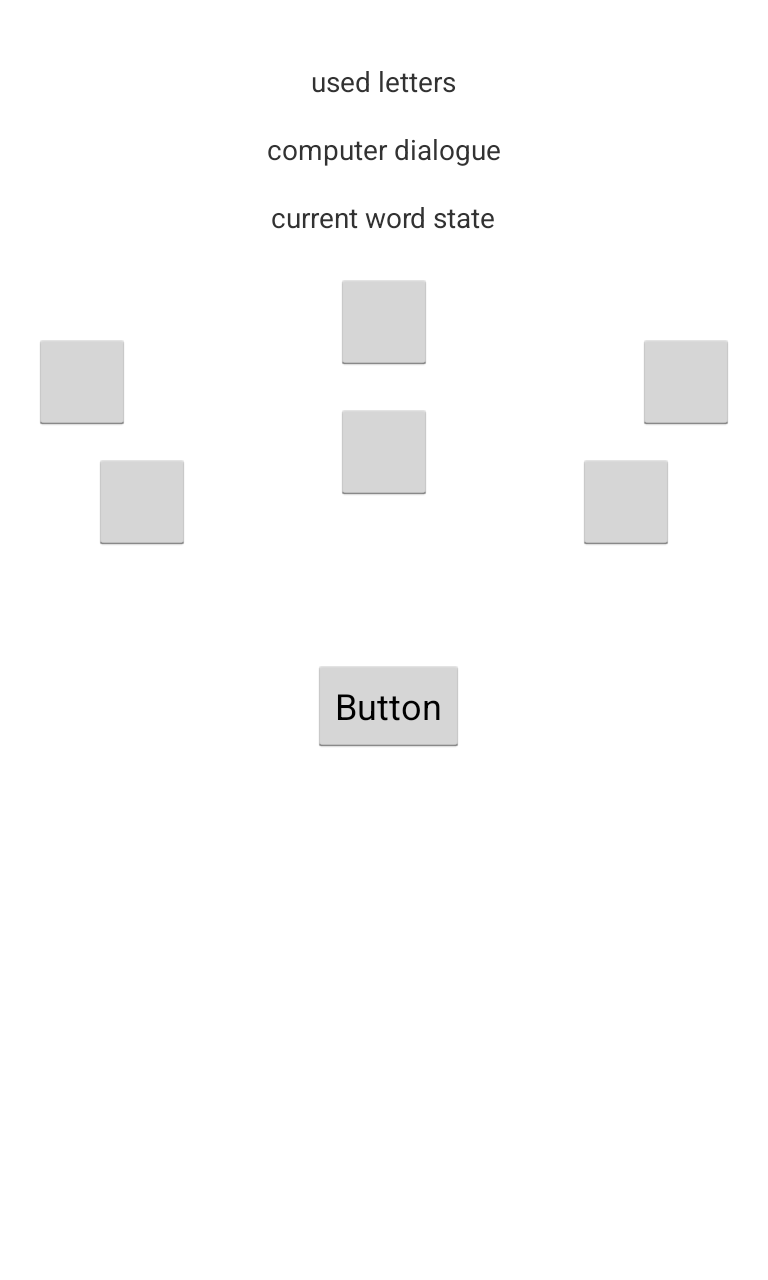
Repository: svandenhout/EvilSpaceMonsterHangman
Layout: evilSpaceMonsterHangman/res/layout/activity_main.xml
The author's editor kept a copy of each file at every save. The layout is drawn from the files as they stood at one save, then again after the next save.
It is drawn on a 768 x 1280 px phone screen (xhdpi) without system bars, with theme AppTheme; the app's code is not run.

Above is the layout before, as saved 2013-12-16 18:32:29.

### evilSpaceMonsterHangman/res/layout/activity_main.xml
<RelativeLayout xmlns:android="http://schemas.android.com/apk/res/android"
              xmlns:tools="http://schemas.android.com/tools"
              android:layout_width="match_parent"
              android:layout_height="match_parent"
              android:paddingLeft="@dimen/activity_horizontal_margin"
              android:paddingRight="@dimen/activity_horizontal_margin"
              android:paddingTop="@dimen/activity_vertical_margin"
              android:paddingBottom="@dimen/activity_vertical_margin"
              tools:context=".MainActivity"
              android:orientation="vertical">

    <TextView
            android:id="@+id/usedLetters"
            android:layout_width="wrap_content"
            android:layout_height="wrap_content"
            android:text="@string/used_letters"
            android:layout_centerHorizontal="true"
            android:layout_marginTop="15dp"/>

    <TextView
            android:id="@+id/computerDialogue"
            android:layout_width="wrap_content"
            android:layout_height="wrap_content"
            android:layout_centerHorizontal="true"
            android:text="@string/computer_dialogue"
            android:layout_below="@+id/usedLetters"
            android:layout_marginTop="15dp"/>

    <TextView
            android:id="@+id/currentWordState"
            android:layout_width="wrap_content"
            android:layout_height="wrap_content"
            android:layout_below="@id/computerDialogue"
            android:text="@string/current_word_state"
            android:layout_centerHorizontal="true"
            android:layout_marginTop="15dp"/>

    <Button
        android:id="@+id/eye_6"
        android:layout_width="50dp"
        android:layout_height="50dp"
        android:layout_alignParentLeft="true"
        android:layout_marginTop="150dp"
        android:onClick="eyePress" />

    <Button
        android:id="@+id/eye_2"
        android:layout_width="50dp"
        android:layout_height="50dp"
        android:layout_marginTop="150dp"
        android:layout_alignParentRight="true"
        android:onClick="eyePress" />

    <Button
        android:id="@+id/eye_5"
        android:layout_width="50dp"
        android:layout_height="50dp"
        android:layout_alignLeft="@+id/eye_6"
        android:layout_below="@+id/eye_6"
        android:layout_marginLeft="30dp"
        android:layout_marginTop="10dp"
        android:onClick="eyePress" />

    <Button
        android:id="@+id/eye_3"
        android:layout_width="50dp"
        android:layout_height="50dp"
        android:layout_centerHorizontal="true"
        android:layout_marginTop="120dp"
        android:onClick="eyePress" />

    <Button
        android:id="@+id/eye_1"
        android:layout_width="50dp"
        android:layout_height="50dp"
        android:layout_alignRight="@+id/eye_2"
        android:layout_below="@+id/eye_2"
        android:layout_marginRight="30dp"
        android:layout_marginTop="10dp"
        android:onClick="eyePress" />

    <Button
        android:id="@+id/eye_4"
        android:layout_width="50dp"
        android:layout_height="50dp"
        android:layout_below="@+id/eye_3"
        android:layout_centerHorizontal="true"
        android:layout_marginTop="15dp"
        android:onClick="eyePress" />

    <Button
        android:id="@+id/button1"
        android:layout_width="wrap_content"
        android:layout_height="wrap_content"
        android:layout_centerHorizontal="true"
        android:layout_alignLeft="@+id/usedLetters"
        android:layout_below="@+id/eye_1"
        android:layout_marginTop="53dp"
        android:text="Button" />

</RelativeLayout>

### evilSpaceMonsterHangman/res/values/strings.xml
<?xml version="1.0" encoding="utf-8"?>
<resources>

    <string name="app_name" >Hangman
    </string>

    <!-- settings & preferences -->
    <string name="hi_scores" >hi-scores
    </string>
    <string name="settings" >settings
    </string>
    <string name="reset" >reset game
    </string>

    <string name="title_user_name" >user name
    </string>
    <string name="title_word_length">word length
    </string>
    <string name="title_amount_of_turns">amount of turns
    </string>
    <string name="title_evil_mode">Evil Mode
    </string>

    <string name="summary_user_name">set your user name here
    </string>
    <string name="summary_word_length">set the length of the words that you want to use
    </string>
    <string name="summary_amount_of_turns">set the amount of turns until you lose
    </string>
    <string name="summary_evil_mode">Start playing Evil Mode, You will not win
    </string>

    <string name="dialog_user_name" >user name:
    </string>
    <string name="dialog_word_length">word length:
    </string>
    <string name="dialog_amount_of_turns">amount of turns:
    </string>
    <string name="dialog_evil_mode">Evil Mode?
    </string>


    <!-- game ui -->
    <string name="current_word" >current word
    </string>
    <string name="current_word_state" >current word state
    </string>
    <string name="used_letters" >used letters
    </string>
    <string name="computer_dialogue">computer dialogue</string>
    <string name="button_text">a</string>

    <!-- game states -->
    <string name="game_won">game won
    </string>
    <string name="game_lost">game lost
    </string>

    <!-- computer monologue -->
    <string name="cmonologue_start">Pick a letter to start playing</string>
    <string name="cmonologue_used">This letter has already been used, try again</string>
    <string name="cmonologue_invalid">WHAT THE HELL IS THAT!?, try another one</string>
    <string name="cmonologue_wrong">Wrong guess, pick again</string>
    <string name="cmonologue_correct">Lucky, why don\'t you try again?</string>
    <string name="cmonologue_won">:((</string>
    <string name="cmonologue_lost">:-)</string>
</resources>

Loaded but not shown: evilSpaceMonsterHangman/res/values/styles.xml (common file); evilSpaceMonsterHangman/res/values-v11/styles.xml (common file); evilSpaceMonsterHangman/res/values-v14/styles.xml (common file); evilSpaceMonsterHangman/res/values/dimens.xml (common file)

After the next save:
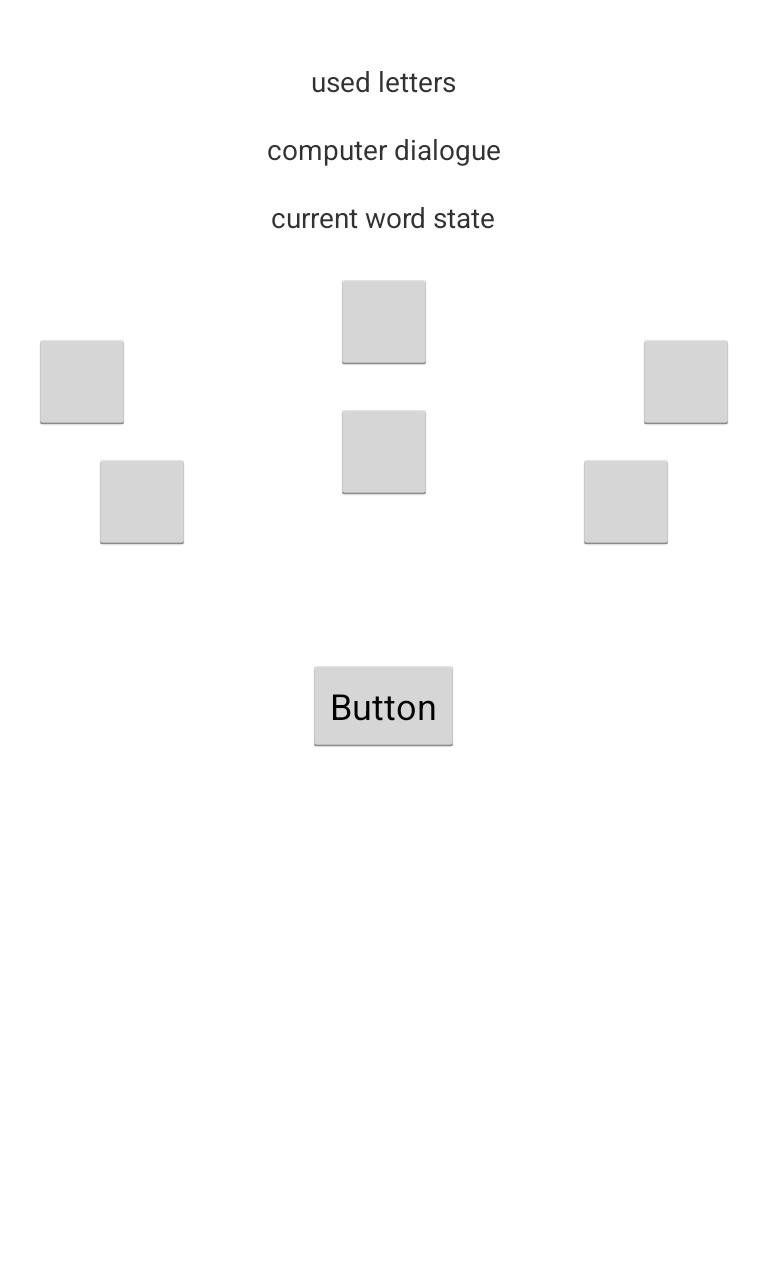
Saved 9 s later.
--- a/evilSpaceMonsterHangman/res/layout/activity_main.xml
+++ b/evilSpaceMonsterHangman/res/layout/activity_main.xml
@@ -93,7 +93,7 @@
         android:layout_width="wrap_content"
         android:layout_height="wrap_content"
         android:layout_centerHorizontal="true"
-        android:layout_alignLeft="@+id/usedLetters"
+
         android:layout_below="@+id/eye_1"
         android:layout_marginTop="53dp"
         android:text="Button" />
